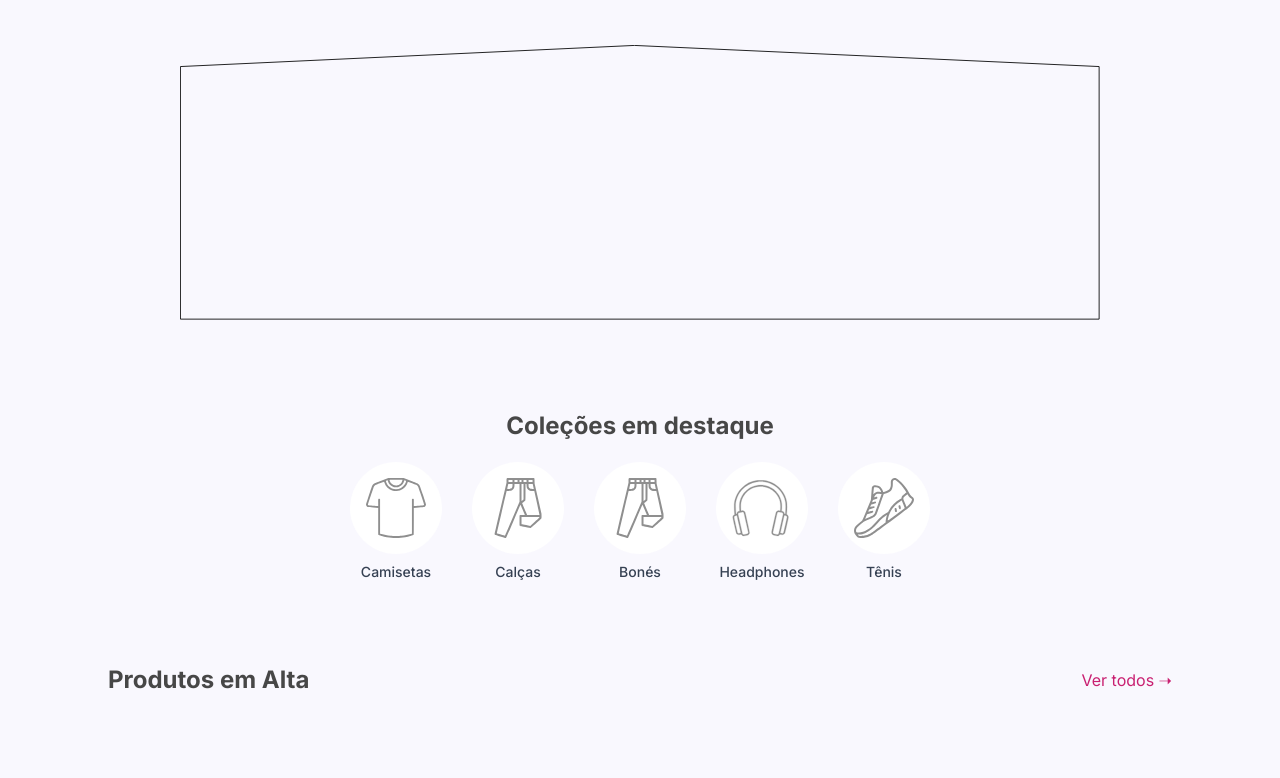
Repository: gimoli/loja-digital
Page: index.html
These files come from the project's save history. The page is drawn as it stood at one moment and after the next save; the edit follows.
The browser window is 1280 px wide. The pictures show the part of the page from y = 1287 to 2065 px (the page is 2065 px tall before and 1985 px after).

Above is the page before, as saved 2025-04-25 15:38:44.

### index.html
<!DOCTYPE html>
<html lang="pt-br">
<head>
    <meta charset="UTF-8">
    <meta name="viewport" content="width=device-width, initial-scale=1.0">
    <title>Digital Store</title>
    <link href="./style.css" rel="stylesheet">
    <script src="https://cdn.jsdelivr.net/npm/@tailwindcss/browser@4"></script>
    <link rel="shortcut icon" href="/assets/Logo-Digital.svg" type="image/x-icon">
</head>
<body>
<header class="flex flex-col gap-12 px-[108px] py-[38px]">
    <div class="flex items-center justify-between">
        <div class="flex gap-1">
            <img src="/assets/Logo-Digital.svg" alt="Logo da Digital Store">
            <h1 class="text-4xl text-(--primary-color) font-semibold">Digital Store</h1>
        </div>
        <input type="text" placeholder="Pesquisar produto..." class="bg-(--light-gray-3) py-2 px-3 rounded-lg ml-40 mr-14
         bg-[url(/assets/search.svg)] bg-no-repeat bg-right focus:placeholder-transparent w-[560px] focus:outline-none"/>
        <div>
            <a href="#" class="bg-(--primary-color) text-white rounded-lg px-7 py-3 font-bold text-sm">
                Entrar
            </a>
        </div>
        <div class="relative">
            <img src="/assets/Carrinho-preto.svg" alt="Imagem de um carrinho de compras">
            <div class="flex justify-center items-center absolute bg-(--tertiary-color) text-white font-bold text-xs rounded-full w-[18px] h-[18px] bottom-[15px] left-3">
                2
            </div>
        </div>
    </div>
    </div>
    <nav class="pl-32">
        <ul class="flex gap-6 text-(--dark-gray-2)">
            <li class="hover:text-(--primary-color) hover:font-bold">
                <a href="#">
                Home
            </a>
        </li>
            <li class="hover:text-(--primary-color) hover:font-bold">
                <a href="#">
                Produtos
            </a>
        </li>
            <li class="hover:text-(--primary-color) hover:font-bold">
                <a href="#">
                Categorias
            </a>
        </li>
            <li class="hover:text-(--primary-color) hover:font-bold">
                <a href="#">
                Meus Pedidos
            </a>
        </li>
        </ul>
    </nav>
</header>
<main>
    <section class="flex px-[108px] bg-(--light-gray-3) py-[78px] h-[680px] relative">
        <div class="flex flex-col gap-5 w-[466px]">
            <p class="text-(--warnig-color) font-bold">
                Melhores ofertas personalizadas
            </p>
            <h2 class="font-extrabold text-6xl">
                Queima de estoque Nike 🔥
            </h2>
            <p class="text-(--dark-gray-2) text-lg">
                Consequat culpa exercitation mollit nisi excepteur do do tempor laboris eiusmod irure consectetur.
            </p>
            <a href="#" class="flex items-center justify-center bg-(--primary-color) text-(--light-gray-3) font-bold w-[210px] h-[48px] rounded-lg">
                Ver Ofertas
            </a>
        </div>
        <img src="/assets/White-Sneakers-PNG-Clipart 1.svg" alt="Foto de um tenis branco" class="absolute right-28 bottom-8"/>
        <img src="/assets/ornament.svg" alt="Firula do site - by wendell" class="absolute top-12 right-8">
    </section>

    <section class="flex flex-col gap-15 px-[108px] py-[35px] bg-(--sec-color)">
        <div class="flex flex-col gap-10">
            <h4 class="text-(--dark-gray-2) font-bold text-2xl">
                Coleções em destaque
            </h4>
            <ul class="grid grid-cols-3 gap-3.5 h-68">
                <li  class="flex bg-[#D8E3F2] pl-8 pt-8 rounded-md relative bg-[url(/assets/star-wars-shirt-pic.svg)] bg-no-repeat bg-bottom-right">
                    <div class="w-1/2 z-10">
                    <p class="bg-[#E7FF86] rounded-4xl font-bold text-(--dark-gray-2) w-[96px] text-center py-1.5 text-sm">
                        30% OFF
                    </p>
                    <h5 class="font-bold text-(--dark-gray) text-4xl mt-2.5 mb-8">
                        Novo drop Supreme
                    </h5>
                    <a href="#" class="text-(--primary-color) bg-white rounded-xl font-bold px-12 py-4.5">
                        Comprar
                    </a>
                </div>
                </li>
                <li  class="flex bg-[#D8E3F2] pl-8 pt-8 rounded-md relative bg-[url(/assets/sneaks-pic.svg)] bg-no-repeat bg-bottom-right">
                    <div class="w-1/2 z-10">
                    <p class="bg-[#E7FF86] rounded-4xl font-bold text-(--dark-gray-2) w-[96px] text-center py-1.5 text-sm">
                        30% OFF
                    </p>
                    <h5 class="font-bold text-(--dark-gray) text-4xl mt-2.5 mb-8">
                        Coleção Adidas
                    </h5>
                    <a href="#" class="text-(--primary-color) bg-white rounded-xl font-bold px-12 py-4.5">
                        Comprar
                    </a>
                </div>
                </li>
                <li  class="flex bg-[#D8E3F2] pl-8 pt-8 rounded-md relative bg-[url(/assets/headphone-pic.svg)] bg-no-repeat bg-bottom-right">
                    <div class="w-1/2 z-10">
                    <p class="bg-[#E7FF86] rounded-4xl font-bold text-(--dark-gray-2) w-[96px] text-center py-1.5 text-sm">
                        30% OFF
                    </p>
                    <h5 class="font-bold text-(--dark-gray) text-4xl mt-2.5 mb-8">
                        Novo<br> Beats Bass
                    </h5>
                    <a href="#" class="text-(--primary-color) bg-white rounded-xl font-bold px-12 py-4.5">
                        Comprar
                    </a>
                </div>
                </li>
            </ul>
        </div>

    </section>

    <section class=" flex flex-col gap-15 px-[180px] py-[10px] bg-(--sec-color)">

        <div class="flex flex-col gap-20 ">
            <img src="/assets/borda.svg" alt="foto da borda" class="top-10 " />
            <h4 class="text-(--dark-gray-2) font-bold text-2xl text-center py-[10px]">
                Coleções em destaque
            </h4>
        </div>
    </section>


        <section class="flex justify-evenly px-80  bg-(--sec-color)">
            <div class="flex flex-col items-center">
        <div class="bg-(--white) rounded-full p-4 w-fit">
            <img src="assets/T-shirt.svg" alt="Foto da blus" class=" w-[60px] h-[60px] ">
        </div>
        <span class="mt-2 text-sm font-medium text-gray-700">Camisetas</span>
</div>
            <div class="flex flex-col items-center">
                <div class="bg-(--white) rounded-full p-4 w-fit">
                    <img src="assets/Pants.svg" alt="Foto da calça"  class=" w-[60px] h-[60px]">
            </div>
                <span class="mt-2 text-sm font-medium text-gray-700">Calças</span>
            </div>

            <div class="flex flex-col items-center">
            <div class="bg-(--white) rounded-full p-4 w-fit">
              <img src="assets/Pants.svg" alt="era para ser o bone"  class="  w-[60px] h-[60px]">
            </div>
            <span class="mt-2 text-sm font-medium text-gray-700">Bonés</span>
            </div>

            <div class="flex flex-col items-center">
            <div class="bg-(--white) rounded-full p-4 w-fit">
              <img src="assets/Headphones-colecoes-em-destaque.svg" alt="Foto do fone de ouvido"  class="  w-[60px] h-[60px]">
            </div>
            <span class="mt-2 text-sm font-medium text-gray-700">Headphones</span>
            </div>

            <div class="flex flex-col items-center">
            <div class="bg-(--white) rounded-full p-4 w-fit">
              <img src="assets/Tenis.svg" alt="Foto do Tênis"  class="  w-[60px] h-[60px]">
            </div>
            <span class="mt-2 text-sm font-medium text-gray-700">Tênis</span>
            </div>

    </section>
    <section class="flex flex-col gap-15 px-[108px] py-[42px] bg-(--sec-color)">
        <div class="flex flex-col gap-10">
            <div class="flex justify-between items-center">
                <h4 class="text-(--dark-gray-2) font-bold text-2xl py-10">
                    Produtos em Alta
                </h4>
                <a href="#" class="text-(--primary-color)">
                    Ver todos ➝
                </a>
            </div>
        </div>
    </section>
</main>
</body>
</html>

### style.css
@import url('https://fonts.googleapis.com/css2?family=Inter:ital,opsz,wght@0,14..32,100..900;1,14..32,100..900&display=swap');

:root {
    --dark-gray: #1F1F1F;
    --dark-gray-2: #474747;
    --dark-gray-3: #666666;
    --light-gray: #8F8F8F;
    --light-gray-2: #CCCCCC;
    --light-gray-3: #F5F5F5;
    --white: #FFFFFF;
    --sec-color: #F9F8FE;
    --primary-color: #C92071;
    --secondary-color: #B5B6F2;
    --tertiary-color: #991956;
    --error-color: #EE4266;
    --success-color: #52CA76;
    --warnig-color: #F6AA1C;
    --primary-gradient: 180deg, #C92071, #EDABCA;
    --secondary-gradient: 180deg, #B5B6F2, #EFEFFF;
}

* {
    font-family: "Inter", sans-serif;
    box-sizing: border-box;
}

After the next save:
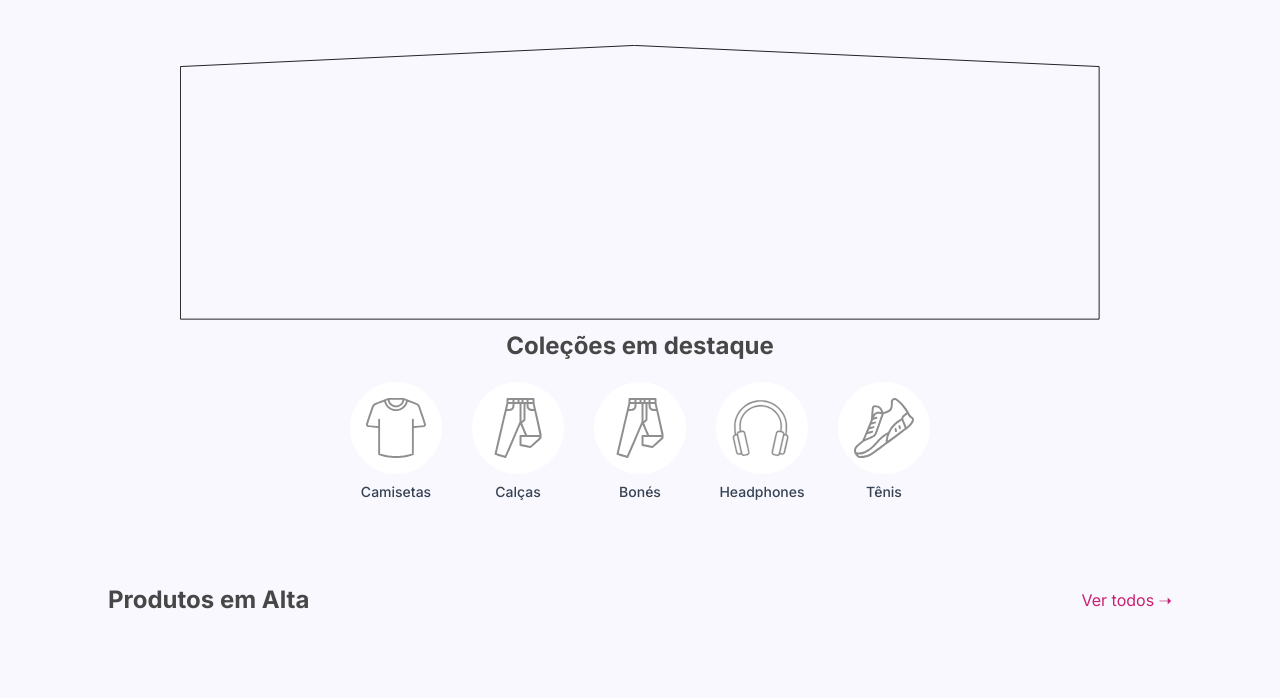
Saved 13 s later.
--- a/index.html
+++ b/index.html
@@ -127,7 +127,7 @@
 
     <section class=" flex flex-col gap-15 px-[180px] py-[10px] bg-(--sec-color)">
 
-        <div class="flex flex-col gap-20 ">
+        <div class="flex flex-col  ">
             <img src="/assets/borda.svg" alt="foto da borda" class="top-10 " />
             <h4 class="text-(--dark-gray-2) font-bold text-2xl text-center py-[10px]">
                 Coleções em destaque
